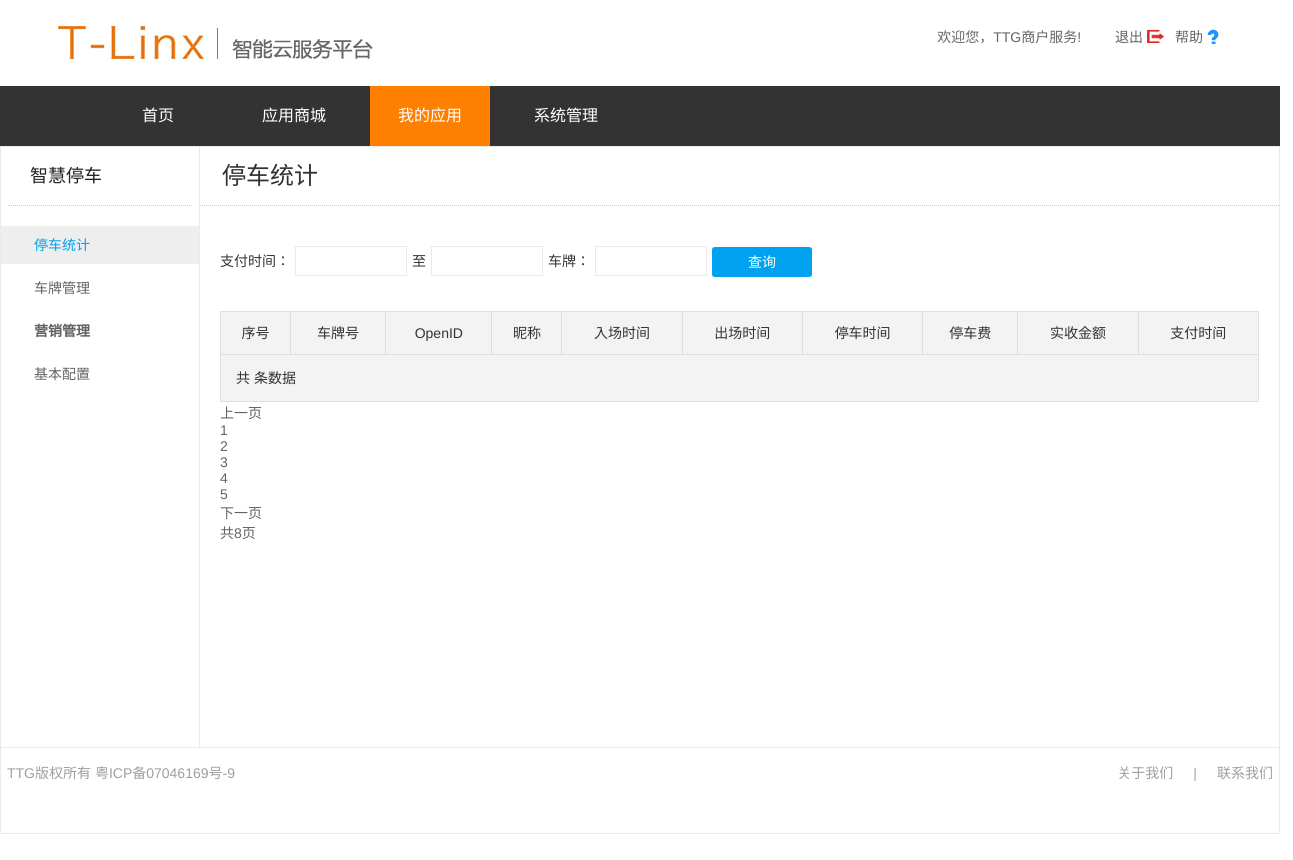
Repository: Keori/ParkCar
Page: admin/商户云/智慧停车/ParkComputed.html
An editor plug-in stored every save of this project. The page is shown before and after the next save, followed by the edit.
The browser window is 1280 px wide. The page is 1293 px wide, so the pictures cover 1293 px, including what lies to the right of the window. The pictures show the whole page.
The page's requests for data from a server got no answer.

Above is the page before, as saved 2018-12-24 11:58:01.

### admin/商户云/智慧停车/ParkComputed.html
<!DOCTYPE html>
<html lang="en">
<head>
    <meta charset="utf-8">
    <meta name="viewport" content="initial-scale=1.0,width=device-width" />
    <meta name="keywords" content="" />
    <meta name="description" content="" />
    <title>会员卡</title>
    <link href="../css/reset.css" type="text/css" rel="stylesheet"/>
    <link href="../css/layout.css" type="text/css" rel="stylesheet"/>
    <link href="../laydate/laydate.css" type="text/css" rel="stylesheet"/>
    <script type="text/javascript" src="../js/jquery-3.1.1.min.js"></script>
    <script type="text/javascript" src="../js/vue.js"></script>
</head>
<body>
<header class="header index_header">
    <div class="top w1170">
        <div class="logo"><i></i><img src="../images/logo.jpg" alt=""/></div>
        <div class="top_right">欢迎您，TTG商户服务! <span class="icon out_icon"><a href="">退出<code></code></a></span><span class="icon help_icon"><a href="">帮助<code></code></a></span></div>
    </div>

    <menu class="menu">
        <div class="w1170">
            <ul>
                <li><a href="">首页</a></li>
                <li><a href="">应用商城</a></li>
                <li class="on"><a href="">我的应用</a></li>
                <li><a href="">系统管理</a></li>
            </ul>
        </div>
    </menu>
</header>
<section id="content" class="content content1170">
    <aside class="left_con">
        <div class="left_con_tit borderb">智慧停车</div>

        <ul>
            <li class="on"><a href="">停车统计</a></li>
            <li><a href="ParkManage.html">车牌管理</a></li>
            <li>
                <h1><a class='pagetitle' href="javascript:;" @click='ManageType'>营销管理</a><i></i></a>
                <div class='secondary' v-show='type'>
                    <h2 :class="{active:changeGray===1}" @click='change(1)'>
                        <a class='nextselect' href="Manage.html">
                            <span class='blockText'>模板类型</span>
                        </a>
                    </h2>
                    <h2 :class="{active:changeGray===2}" @click='change(2)'>
                        <a class='nextselect' href="Manage2.html">
                            <span class='blockText'>广告类型</span>
                        </a>
                    </h2>
                </div>
            </li>
            <li><a href="Basic.html">基本配置</a></li>
        </ul>
    </aside>
    <section id="boxRight" class="boxRight">
        <div class="boxRight_tit f1 borderb">停车统计</div>
        <article class="boxRightCon">
            <div class="CommonInput viplist_formlist viplist_formlist_1">
                <ul>
                    <li>
                        <span class="name">支付时间：</span><input id='timeData' name="text" type="text" style="width:100px;" onclick="laydate()"/>
                    </li>
                    <li>
                        <span class="name">至</span><input id='timeData1' name="text" type="text" style="width:100px;" onclick="laydate()"/>
                    </li>
                    <li>
                        <span class="name">车牌：</span><input v-model='filterSearch.plateNo' name="text" type="text" style="width:100px;"/>
                    </li>
                    <li>
                        <div class="org_btn"><a @click='Search'>查询</a></div>
                    </li>
                </ul>
            </div>
            <table width="100%" cellpadding="0" cellspacing="0" border="0" class="commonTable commonTable4">
                <tr>
                    <th>序号</th>
                    <th>车牌号</th>
                    <th>OpenID</th>
                    <th>昵称</th>
                    <th>入场时间</th>
                    <th>出场时间</th>
                    <th>停车时间</th>
                    <th>停车费</th>
                    <th>实收金额</th>
                    <th>支付时间</th>
                </tr>
                <tr v-for='(item,index) in Park' v-show='index<6'>
                    <td>{{index+1}}</td>
                    <td>{{item.plateNo}}</td>
                    <td>{{item.OpenId}}</td>
                    <td>{{item.nickName}}</td>
                    <td>{{item.entryTime}}</td>
                    <td>{{item.payTime}}</td>
                    <td>{{item.elapsedTime}}</td>
                    <td>{{item.payable}}</td>
                    <td class="red">{{item.OfficialMoney}}</td>
                    <td>{{item.payTime}}</td>
                </tr>
            </table>
            <div class="bg_f3 page">共 {{pages.pageSize}} 条数据
            </div>
            <ul>
                <li v-if="cur>1"><a v-on:click="cur--,pageClick()">上一页</a></li>
                <li v-if="cur==1"><a class="banclick">上一页</a></li>
                <li v-for="index in indexs" v-bind:class="{ 'active': cur == index}">
                    <a v-on:click="btnClick(index)">{{ index }}</a>
                </li>
                <li v-if="cur!=all"><a v-on:click="cur++,pageClick()">下一页</a></li>
                <li v-if="cur == all"><a class="banclick">下一页</a></li>
                <li><a>共<i>{{all}}</i>页</a></li>
            </ul>
        </article>
    </section>
    <footer class="footer">
        <div class="w1000">
            <p class="footer_a fl">TTG版权所有   粤ICP备07046169号-9</p>
            <p class="footer_b fr"><a href="">关于我们</a>|<a href="">联系我们</a></p>
        </div>
    </footer>
</section>
<script  type="text/javascript">
    new Vue({
        el: '#content',
        data(){
            return{
                all: 8,
                cur: 1, //当前页码
                type: false,
                changeGray: '',
                filterSearch:{
                    plateNo: '',
                    payTimeStart: '',
                    payTimeEnd: ''
                },
                Park: [],
                pages:{},
            }
        },
        computed:{
            indexs: function(){
            var left = 1;
            var right = this.all;
            var ar = [];
            if(this.all>= 5){
            if(this.cur > 3 && this.cur < this.all-2){
                left = this.cur - 2
                right = this.cur + 2
            }else{
                if(this.cur<=3){
                left = 1
                right = 5
                }else{
                right = this.all
                left = this.all -4
                }
            }
            }
            while (left <= right){
            ar.push(left)
            left ++
            }
            return ar
    }
        },
        watch:{
            cur: function(oldValue , newValue){
    }
        },
        methods:{
            btnClick: function(data){//页码点击事件
            if(data != this.cur){
            this.cur = data
        }
        },
            pageClick: function(){
            console.log('现在在'+this.cur+'页');
        },
            Search(){
                this.filterSearch.payTimeStart = $('#timeData').val()
                this.filterSearch.payTimeEnd = $('#timeData1').val()
                let params =
                    this.filterSearch,
                    currPage = this.current,
                    pageSize = this.pageSize,
                    totalPage = this.allpage,
                    totalCount = this.showItem
                    ;
                console.log(this.filterSearch);
                $.ajax({
                url: 'http://q214e81040.iask.in:32642/merchant/car/paylist',
                type: 'get',
                data: params,
                statusCode:{
                    404:function(){
                        alert('网络错误')
                    }
                },
                success:(params) => {
                    this.Park = params.page.list
                    this.pages = params.page
                    console.log(this.pages);
                    console.log(this.Park)
                }
            })
            },
            ManageType(){
                if(this.type === false){
                    this.type = true
                }else{
                    this.type = false
                }
            },
            change(num){
                this.changeGray = num
            },
            goto(index){
                if(index == this.current) return;
                this.current = index;
            }
        },
        created(){
            this.Search()
        }
    })
</script>
</body>
<script src="../laydate/laydate.js"></script>
<script>
</script>
<style>
.page-bar{
    margin:40px;
    }
ul,li{
    margin: 0px;
    padding: 0px;
    }
li{
    list-style: none
    }
.page-bar li:first-child>a {
    margin-left: 0px
    }
.page-bar a{
    border: 1px solid #ddd;
    text-decoration: none;
    position: relative;
    float: left;
    padding: 6px 12px;
    margin-left: -1px;
    line-height: 1.42857143;
    color: #337ab7;
    cursor: pointer
    }
.page-bar a:hover{
    background-color: #eee;
    }
.page-bar a.banclick{
    cursor:not-allowed;
    }
.page-bar .active a{
    color: #fff;
    cursor: default;
    background-color: #337ab7;
    border-color: #337ab7;
    }
.page-bar i{
    font-style:normal;
    color: #d44950;
    margin: 0px 4px;
    font-size: 12px;
    }
</style>
</html>

### admin/商户云/laydate/laydate.css
/**

 @Name： laydate皮肤：默认
 @Author：贤心
 @Site：http://sentsin.com/layui/laydate

**/

.laydate-icon{border:1px solid #C6C6C6; background-image:url(icon.png)}

.laydate_body .laydate_box,
.laydate_body .laydate_ym,
.laydate_body .laydate_ym .laydate_yms,
.laydate_body .laydate_table,
.laydate_body .laydate_table td,
.laydate_body .laydate_bottom #laydate_hms,
.laydate_body .laydate_time,
.laydate_body .laydate_bottom .laydate_btn a{border:1px solid #ccc;}

.laydate_body .laydate_y .laydate_yms a,
.laydate_body .laydate_choose,
.laydate_body .laydate_table thead,
.laydate_body .laydate_bottom .laydte_hsmtex{background-color:#F6F6F6;}

.laydate_body .laydate_box,
.laydate_body .laydate_ym .laydate_yms,
.laydate_body .laydate_time{box-shadow: 2px 2px 5px rgba(0,0,0,.1);}

.laydate_body .laydate_box{border-top:none; border-bottom:none; background-color:#fff; color:#333;}
.laydate_body .laydate_box input{color:#333;}
.laydate_body .laydate_box .laydate_void{color:#ccc!important; /*text-decoration:line-through;*/}
.laydate_body .laydate_box .laydate_void:hover{background-color:#fff!important}
.laydate_body .laydate_box a, .laydate_body .laydate_box a:hover{color:#333;}
.laydate_body .laydate_box a:hover{color:#666;}
.laydate_body .laydate_click{background-color:#eee!important;}
.laydate_body .laydate_top{border-top:1px solid #C6C6C6;}
.laydate_body .laydate_ym .laydate_yms{border:1px solid #C6C6C6; background-color:#fff;}
.laydate_body .laydate_y .laydate_yms a{border-bottom:1px solid #C6C6C6;}
.laydate_body .laydate_y .laydate_yms .laydate_chdown{border-top:1px solid #C6C6C6; border-bottom:none;}
.laydate_body .laydate_choose{border-left:1px solid #C6C6C6;}
.laydate_body .laydate_chprev{border-left:none; border-right:1px solid #C6C6C6;}
.laydate_body .laydate_choose:hover,
.laydate_body .laydate_y .laydate_yms a:hover{background-color:#fff;}
.laydate_body .laydate_chtop cite{border-bottom-color:#666;}
.laydate_body .laydate_chdown cite, .laydate_body .laydate_ym label{border-top-color:#666;}
.laydate_body .laydate_chprev cite{border-right-style:solid; border-right-color:#666;}
.laydate_body .laydate_chnext cite{border-left-style:solid; border-left-color:#666;}
.laydate_body .laydate_table td{border:none;  height:21px!important; line-height:21px!important; background-color:#fff;}
.laydate_body .laydate_table .laydate_nothis{color:#999;}
.laydate_body .laydate_table thead{height:21px!important; line-height:21px!important;}
.laydate_body .laydate_table thead th{border-bottom:1px solid #ccc;}
.laydate_body .laydate_bottom{border-bottom:1px solid #C6C6C6;}
.laydate_body .laydate_bottom #laydate_hms{background-color:#fff;}
.laydate_body .laydate_time{background-color:#fff;}
.laydate_body .laydate_bottom .laydate_sj{border-right:1px solid #C6C6C6; background-color:#F6F6F6;}
.laydate_body .laydate_bottom input{background-color:#fff;}
.laydate_body .laydate_bottom .laydte_hsmtex{border-bottom:1px solid #C6C6C6;}
.laydate_body .laydate_bottom .laydate_btn{border-right:1px solid #C6C6C6;}
.laydate_body .laydate_bottom .laydate_v{color:#999}
.laydate_body .laydate_bottom .laydate_btn a{border-right:none; background-color:#F6F6F6;}
.laydate_body .laydate_bottom .laydate_btn a:hover{color:#000; background-color:#fff;}

.laydate_body .laydate_m .laydate_yms span:hover,
.laydate_body .laydate_y .laydate_yms ul li:hover,
.laydate_body .laydate_table td:hover,
.laydate_body .laydate_time .laydate_hmsno span:hover{background-color:#F3F3F3}

### admin/商户云/laydate/need/laydate.css
/**

 @Name： laydate 核心样式
 @Author：贤心
 @Site：http://sentsin.com/layui/laydate

**/

html{_background-image:url(about:blank); _background-attachment:fixed;}
.laydate_body .laydate_box, .laydate_body .laydate_box *{margin:0; padding:0;}
.laydate-icon,
.laydate-icon-default,
.laydate-icon-danlan,
.laydate-icon-dahong,
.laydate-icon-molv{height:22px; line-height:22px; padding-right:20px; border:1px solid #C6C6C6; background-repeat:no-repeat; background-position:right center;  background-color:#fff; outline:0;}
.laydate-icon-default{ background-image:url(../skins/default/icon.png)}
.laydate-icon-danlan{border:1px solid #B1D2EC; background-image:url(../skins/danlan/icon.png)}
.laydate-icon-dahong{background-image:url(../skins/dahong/icon.png)}
.laydate-icon-molv{background-image:url(../skins/molv/icon.png)}
.laydate_body .laydate_box{width:240px; font:12px '\5B8B\4F53'; z-index:99999999; *margin:-2px 0 0 -2px; *overflow:hidden; _margin:0; _position:absolute!important; background-color:#fff;}
.laydate_body .laydate_box li{list-style:none;}
.laydate_body .laydate_box .laydate_void{cursor:text!important;}
.laydate_body .laydate_box a, .laydate_body .laydate_box a:hover{text-decoration:none; blr:expression(this.onFocus=this.blur()); cursor:pointer;}
.laydate_body .laydate_box a:hover{text-decoration:none;}
.laydate_body .laydate_box cite, .laydate_body .laydate_box label{position:absolute; width:0; height:0; border-width:5px; border-style:dashed; border-color:transparent; overflow:hidden; cursor:pointer;}
.laydate_body .laydate_box .laydate_yms, .laydate_body .laydate_box .laydate_time{display:none;}
.laydate_body .laydate_box .laydate_show{display:block;}
.laydate_body .laydate_box input{outline:0; font-size:14px; background-color:#fff;}
.laydate_body .laydate_top{position:relative; height:26px; padding:5px; *width:100%; z-index:99;}
.laydate_body .laydate_ym{position:relative; float:left; height:24px; cursor:pointer;}
.laydate_body .laydate_ym input{float:left; height:24px; line-height:24px; text-align:center; border:none; cursor:pointer;}
.laydate_body .laydate_ym .laydate_yms{position:absolute; left: -1px; top: 24px; height:181px;}
.laydate_body .laydate_y{width:121px; margin-right:6px;}
.laydate_body .laydate_y input{width:64px; margin-right:15px;}
.laydate_body .laydate_y .laydate_yms{width:121px; text-align:center;}
.laydate_body .laydate_y .laydate_yms a{position:relative; display:block; height:20px;}
.laydate_body .laydate_y .laydate_yms ul{height:139px; padding:0; *overflow:hidden;}
.laydate_body .laydate_y .laydate_yms ul li{float:left; width:60px; height:20px; line-height: 20px; text-overflow: ellipsis; overflow: hidden; white-space: nowrap;}
.laydate_body .laydate_m{width:99px;}
.laydate_body .laydate_m .laydate_yms{width:99px; padding:0;}
.laydate_body .laydate_m input{width:42px; margin-right:15px;}
.laydate_body .laydate_m .laydate_yms span{display:block; float:left; width:42px; margin: 5px 0 0 5px; line-height:24px; text-align:center; _display:inline;}
.laydate_body .laydate_choose{display:block; float:left; position:relative; width:20px; height:24px;}
.laydate_body .laydate_choose cite, .laydate_body .laydate_tab cite{left:50%; top:50%;}
.laydate_body .laydate_chtop cite{margin:-7px 0 0 -5px; border-bottom-style:solid;}
.laydate_body .laydate_chdown cite, .laydate_body .laydate_ym label{top:50%; margin:-2px 0 0 -5px; border-top-style:solid;}
.laydate_body .laydate_chprev cite{margin:-5px 0 0 -7px;}
.laydate_body .laydate_chnext cite{margin:-5px 0 0 -2px;}
.laydate_body .laydate_ym label{right:28px;}
.laydate_body .laydate_table{ width:230px; margin:0 5px; border-collapse:collapse; border-spacing:0px; }
.laydate_body .laydate_table td{width:31px; height:19px; line-height:19px; text-align: center; cursor:pointer; font-size: 12px;}
.laydate_body .laydate_table thead{height:22px; line-height:22px;}
.laydate_body .laydate_table thead th{font-weight:400; font-size:12px; text-align:center;}
.laydate_body .laydate_bottom{position:relative; height:22px; line-height:20px; padding:5px; font-size:12px;}
.laydate_body .laydate_bottom #laydate_hms{position: relative; z-index: 1; float:left; }
.laydate_body .laydate_time{ position:absolute; left:5px; bottom: 26px; width:129px; height:125px; *overflow:hidden;}
.laydate_body .laydate_time .laydate_hmsno{ padding:5px 0 0 5px;}
.laydate_body .laydate_time .laydate_hmsno span{display:block; float:left; width:24px; height:19px; line-height:19px; text-align:center; cursor:pointer; *margin-bottom:-5px;}
.laydate_body .laydate_time1{width:228px; height:154px;}
.laydate_body .laydate_time1 .laydate_hmsno{padding: 6px 0 0 8px;}
.laydate_body .laydate_time1 .laydate_hmsno span{width:21px; height:20px; line-height:20px;}
.laydate_body .laydate_msg{left:49px; bottom:67px; width:141px; height:auto; overflow: hidden;}
.laydate_body .laydate_msg p{padding:5px 10px;}
.laydate_body .laydate_bottom li{float:left; height:20px; line-height:20px; border-right:none; font-weight:900;}
.laydate_body .laydate_bottom .laydate_sj{width:33px; text-align:center; font-weight:400;}
.laydate_body .laydate_bottom input{float:left; width:21px; height:20px; line-height:20px; border:none; text-align:center; cursor:pointer; font-size:12px;  font-weight:400;}
.laydate_body .laydate_bottom .laydte_hsmtex{height:20px; line-height:20px; text-align:center;}
.laydate_body .laydate_bottom .laydte_hsmtex span{position:absolute; width:20px; top:0; right:0px; cursor:pointer;}
.laydate_body .laydate_bottom .laydte_hsmtex span:hover{font-size:14px;}
.laydate_body .laydate_bottom .laydate_btn{position:absolute; right:5px; top:5px;}
.laydate_body .laydate_bottom .laydate_btn a{float:left; height:20px; padding:0 6px; _padding:0 5px;}
.laydate_body .laydate_bottom .laydate_v{position:absolute; left:10px; top:6px; font-family:Courier; z-index:0;}

### admin/商户云/laydate/skins/default/laydate.css
/**

 @Name： laydate皮肤：默认
 @Author：贤心
 @Site：http://sentsin.com/layui/laydate

**/

.laydate-icon{border:1px solid #C6C6C6; background-image:url(icon.png)}

.laydate_body .laydate_box,
.laydate_body .laydate_ym,
.laydate_body .laydate_ym .laydate_yms,
.laydate_body .laydate_table,
.laydate_body .laydate_table td,
.laydate_body .laydate_bottom #laydate_hms,
.laydate_body .laydate_time,
.laydate_body .laydate_bottom .laydate_btn a{border:1px solid #ccc;}

.laydate_body .laydate_y .laydate_yms a,
.laydate_body .laydate_choose,
.laydate_body .laydate_table thead,
.laydate_body .laydate_bottom .laydte_hsmtex{background-color:#F6F6F6;}

.laydate_body .laydate_box,
.laydate_body .laydate_ym .laydate_yms,
.laydate_body .laydate_time{box-shadow: 2px 2px 5px rgba(0,0,0,.1);}

.laydate_body .laydate_box{border-top:none; border-bottom:none; background-color:#fff; color:#333;}
.laydate_body .laydate_box input{color:#333;}
.laydate_body .laydate_box .laydate_void{color:#ccc!important; /*text-decoration:line-through;*/}
.laydate_body .laydate_box .laydate_void:hover{background-color:#fff!important}
.laydate_body .laydate_box a, .laydate_body .laydate_box a:hover{color:#333;}
.laydate_body .laydate_box a:hover{color:#666;}
.laydate_body .laydate_click{background-color:#eee!important;}
.laydate_body .laydate_top{border-top:1px solid #C6C6C6;}
.laydate_body .laydate_ym .laydate_yms{border:1px solid #C6C6C6; background-color:#fff;}
.laydate_body .laydate_y .laydate_yms a{border-bottom:1px solid #C6C6C6;}
.laydate_body .laydate_y .laydate_yms .laydate_chdown{border-top:1px solid #C6C6C6; border-bottom:none;}
.laydate_body .laydate_choose{border-left:1px solid #C6C6C6;}
.laydate_body .laydate_chprev{border-left:none; border-right:1px solid #C6C6C6;}
.laydate_body .laydate_choose:hover,
.laydate_body .laydate_y .laydate_yms a:hover{background-color:#fff;}
.laydate_body .laydate_chtop cite{border-bottom-color:#666;}
.laydate_body .laydate_chdown cite, .laydate_body .laydate_ym label{border-top-color:#666;}
.laydate_body .laydate_chprev cite{border-right-style:solid; border-right-color:#666;}
.laydate_body .laydate_chnext cite{border-left-style:solid; border-left-color:#666;}
.laydate_body .laydate_table td{border:none;  height:21px!important; line-height:21px!important; background-color:#fff;}
.laydate_body .laydate_table .laydate_nothis{color:#999;}
.laydate_body .laydate_table thead{height:21px!important; line-height:21px!important;}
.laydate_body .laydate_table thead th{border-bottom:1px solid #ccc;}
.laydate_body .laydate_bottom{border-bottom:1px solid #C6C6C6;}
.laydate_body .laydate_bottom #laydate_hms{background-color:#fff;}
.laydate_body .laydate_time{background-color:#fff;}
.laydate_body .laydate_bottom .laydate_sj{border-right:1px solid #C6C6C6; background-color:#F6F6F6;}
.laydate_body .laydate_bottom input{background-color:#fff;}
.laydate_body .laydate_bottom .laydte_hsmtex{border-bottom:1px solid #C6C6C6;}
.laydate_body .laydate_bottom .laydate_btn{border-right:1px solid #C6C6C6;}
.laydate_body .laydate_bottom .laydate_v{color:#999}
.laydate_body .laydate_bottom .laydate_btn a{border-right:none; background-color:#F6F6F6;}
.laydate_body .laydate_bottom .laydate_btn a:hover{color:#000; background-color:#fff;}

.laydate_body .laydate_m .laydate_yms span:hover,
.laydate_body .laydate_y .laydate_yms ul li:hover,
.laydate_body .laydate_table td:hover,
.laydate_body .laydate_time .laydate_hmsno span:hover{background-color:#F3F3F3}

Loaded but not shown: admin/商户云/js/jquery-3.1.1.min.js (library); admin/商户云/js/vue.js (library); admin/商户云/laydate/laydate.js (library); admin/商户云/css/layout.css (845 lines, source omitted); admin/商户云/css/reset.css (322 lines, source omitted)

After the next save:
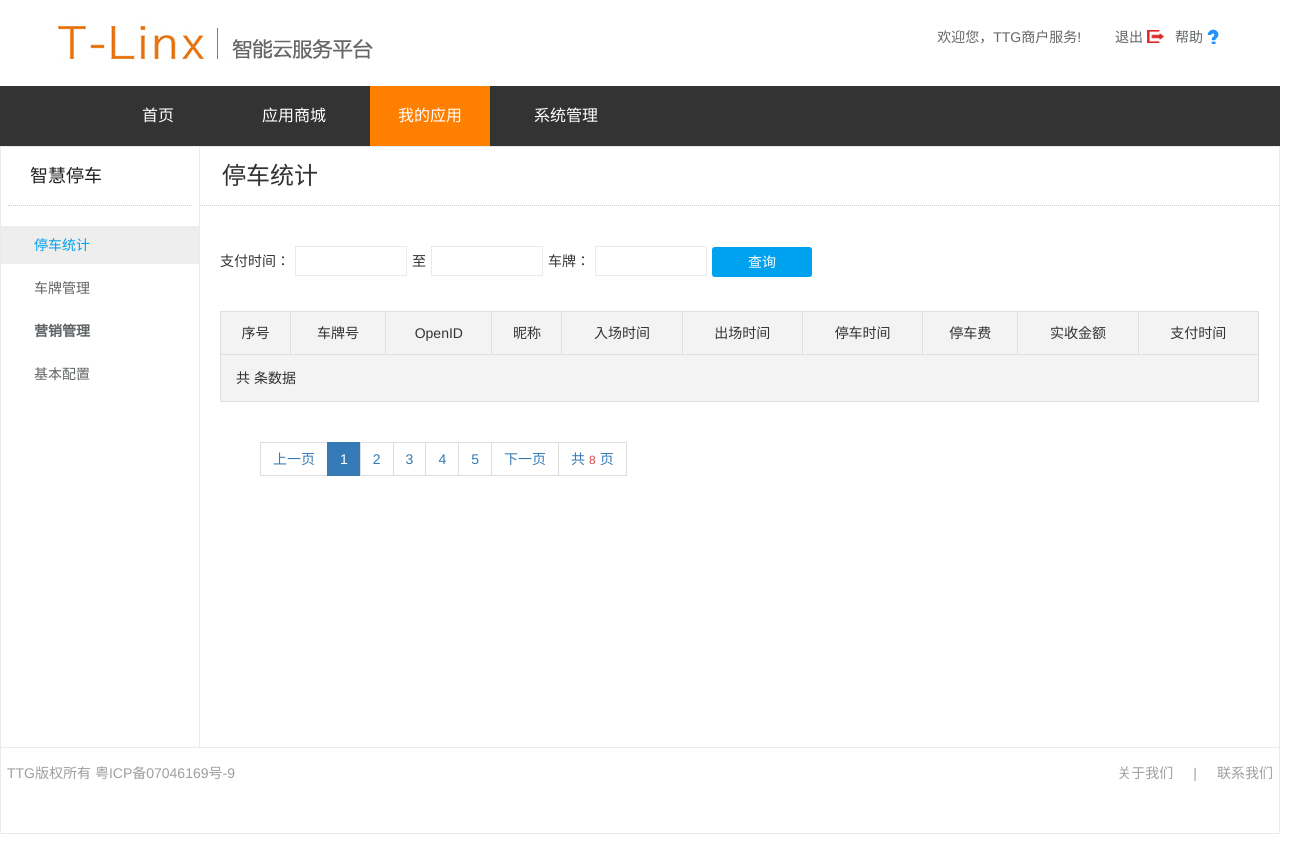
Saved 44 s later.
--- a/admin/商户云/智慧停车/ParkComputed.html
+++ b/admin/商户云/智慧停车/ParkComputed.html
@@ -102,16 +102,18 @@
             </table>
             <div class="bg_f3 page">共 {{pages.pageSize}} 条数据
             </div>
-            <ul>
-                <li v-if="cur>1"><a v-on:click="cur--,pageClick()">上一页</a></li>
-                <li v-if="cur==1"><a class="banclick">上一页</a></li>
-                <li v-for="index in indexs" v-bind:class="{ 'active': cur == index}">
-                    <a v-on:click="btnClick(index)">{{ index }}</a>
-                </li>
-                <li v-if="cur!=all"><a v-on:click="cur++,pageClick()">下一页</a></li>
-                <li v-if="cur == all"><a class="banclick">下一页</a></li>
-                <li><a>共<i>{{all}}</i>页</a></li>
-            </ul>
+            <div class="page-bar">
+                    <ul>
+                      <li v-if="cur>1"><a v-on:click="cur--,pageClick()">上一页</a></li>
+                      <li v-if="cur==1"><a class="banclick">上一页</a></li>
+                      <li v-for="index in indexs" v-bind:class="{ 'active': cur == index}">
+                        <a v-on:click="btnClick(index)">{{ index }}</a>
+                      </li>
+                      <li v-if="cur!=all"><a v-on:click="cur++,pageClick()">下一页</a></li>
+                      <li v-if="cur == all"><a class="banclick">下一页</a></li>
+                      <li><a>共<i>{{all}}</i>页</a></li>
+                    </ul>
+                  </div>
         </article>
     </section>
     <footer class="footer">
